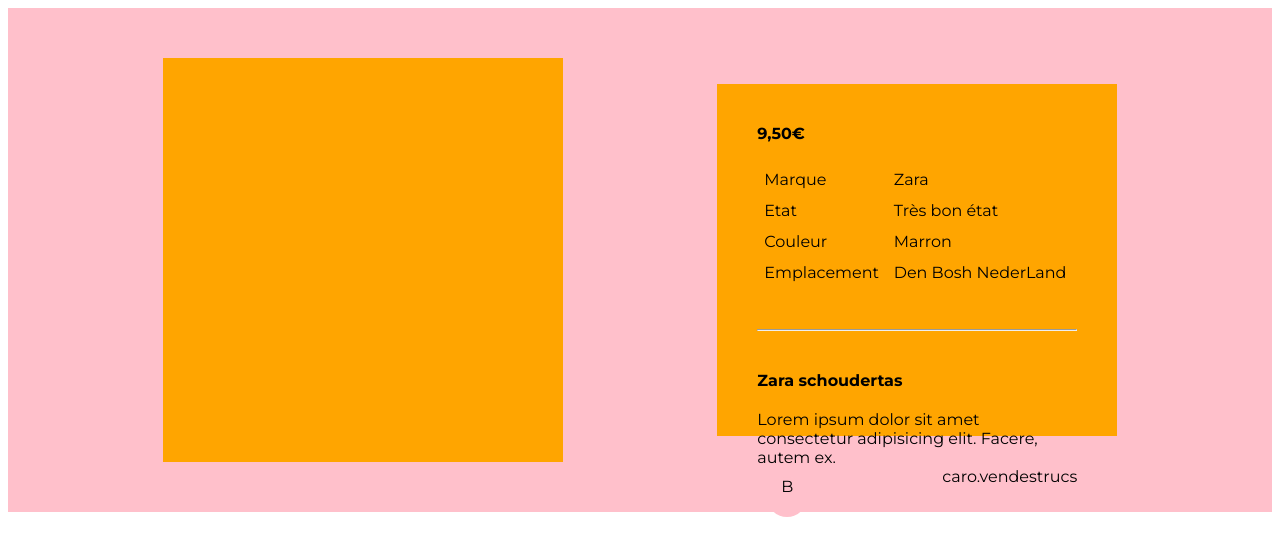
Repository: mel-in-a/vinted-front-clone
Page: html/offer.html
These files come from the project's save history. The page is drawn as it stood at one moment and after the next save; the edit follows.
The browser window is 1280 px wide. The pictures show the whole page.

Above is the page before, as saved 2021-07-29 16:49:44.

After the next save:
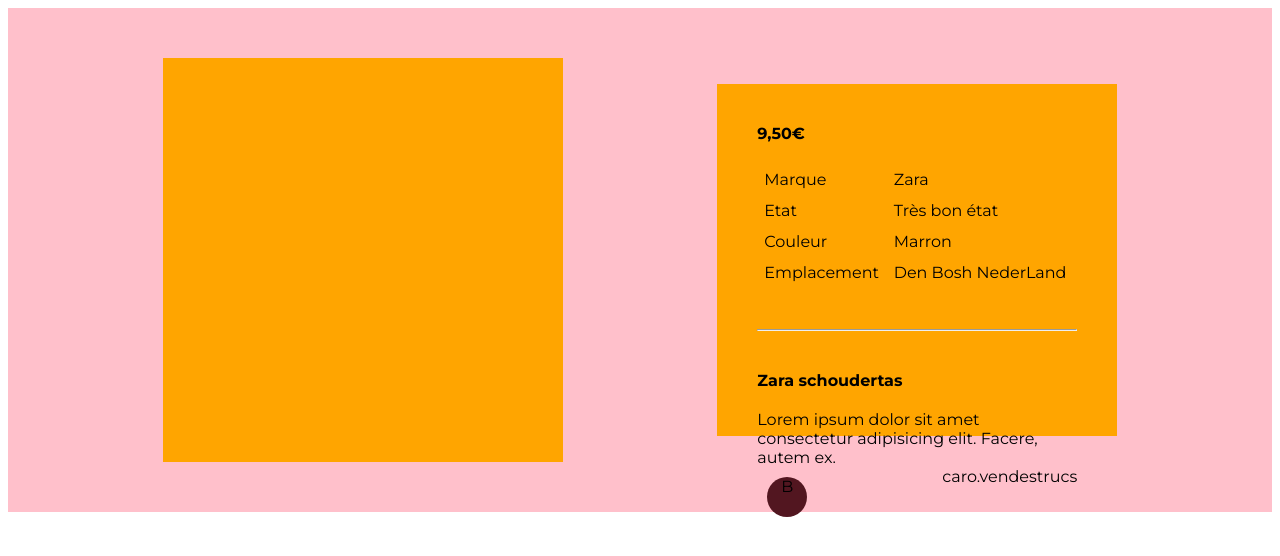
Saved 9 s later.
--- a/html/offer.css
+++ b/html/offer.css
@@ -59,7 +59,7 @@ padding: 5px;
     height: 40px;
     border-radius: 50%;
     margin: 10px;
-    background-color: pink;
+    background-color: rgb(82, 22, 32);
     text-align: center;
     align-items: center;
     justify-content: center;
